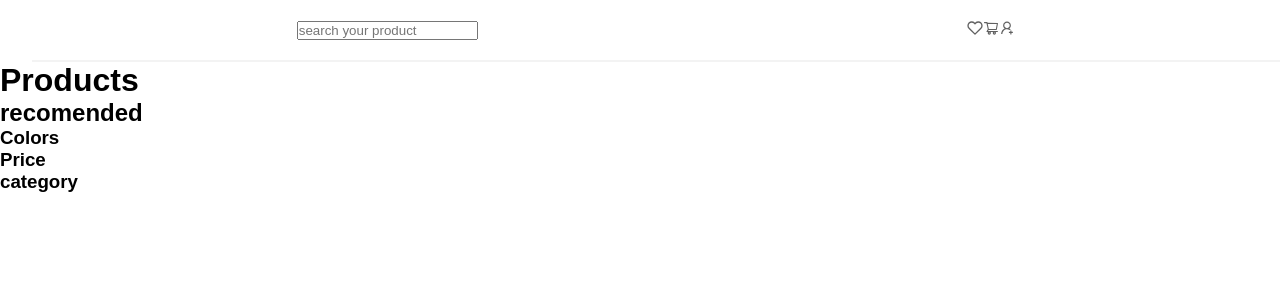
Repository: Mohankrishna1201/final_products_list
Page: /
These files come from the project's save history. The page is drawn as it stood at one moment and after the next save; the edit follows.
The browser window is 1280 px wide. The pictures show the whole page.
The project was rebuilt for these pictures with package versions that can differ from the ones it lists, and the page was loaded fresh each time.

Above is the page before, as saved 2023-11-01 11:23:16.

After the next save:
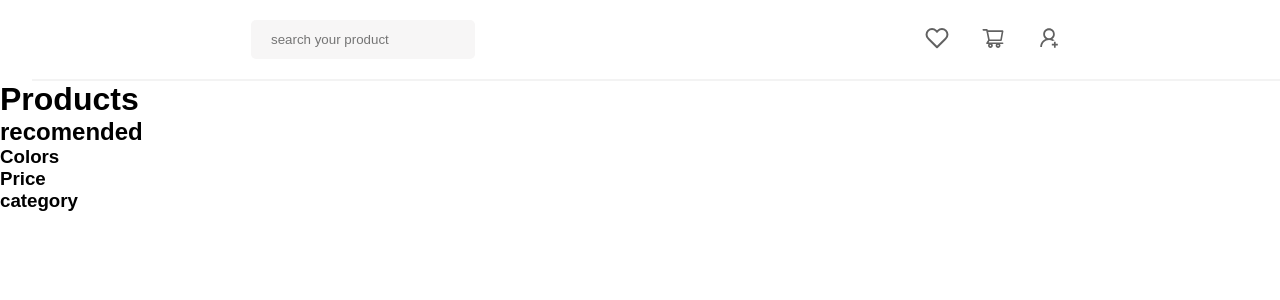
Saved 55 s later.
--- a/src/Nav/NavBar.css
+++ b/src/Nav/NavBar.css
@@ -1,10 +1,26 @@
+nav {
+  display: flex;
+  border-bottom: 2px solid #f3f3f3;
+  justify-content: space-around;
+  align-items: center;
+  padding: 20px;
+  z-index: 999;
+  margin-left: 2rem;
+}
 
-nav{
-    display :flex;
-    border-bottom: 2px solid #f3f3f3 ;
-    justify-content: space-around;
-    align-items: center;
-    padding: 20px;
-    margin-left: 2rem;
-    z-index:999;
+input {
+  padding: 12px 20px;
+  border: none;
+  background: #f7f6f6;
+  outline: none;
+  margin-right: 20px;
+  border-radius: 5px;
+  position: relative;
+  width: 14rem;
 }
+
+.nav-icons {
+  width: 1.5rem;
+  height: 1.5rem;
+  margin-left: 2rem;
+}
